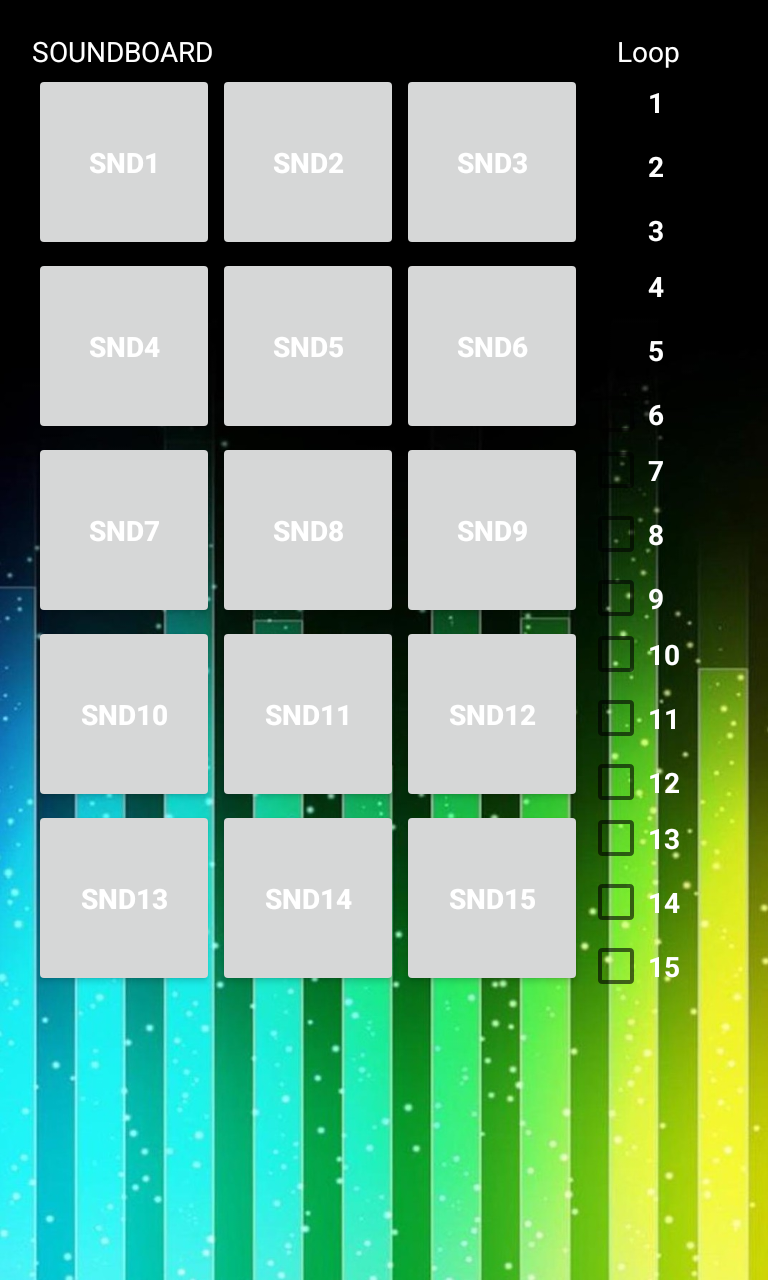
Repository: SoundBoardJAMJ/Project
Layout: workspace/SoundBoard/res/layout/defboard.xml
These files come from the project's save history. The layout is drawn as it stood at one moment and after the next save; the edit follows.
It is drawn on a 768 x 1280 px phone screen (xhdpi) without system bars, with theme AppTheme; the app's code is not run.

Above is the layout before, as saved 2014-05-02 06:56:17.

After the next save:
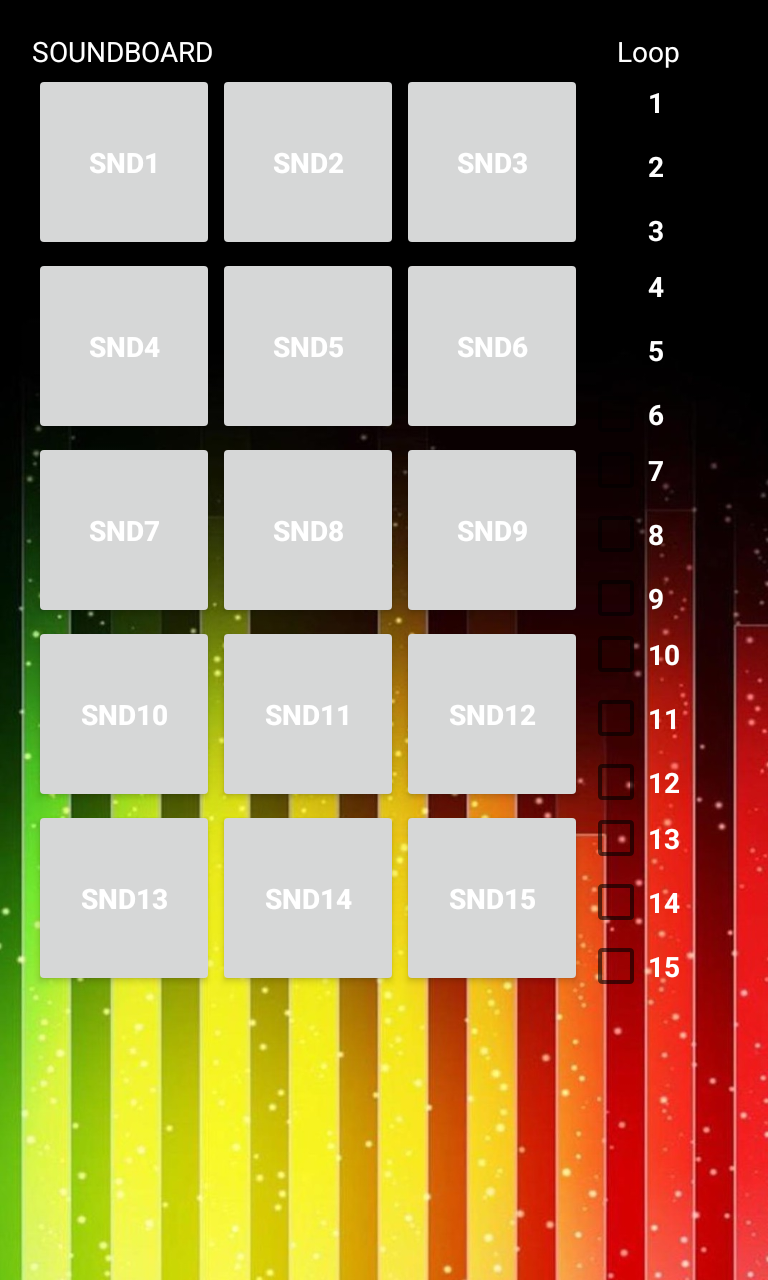
Saved 49 s later.
--- a/workspace/SoundBoard/res/layout/defboard.xml
+++ b/workspace/SoundBoard/res/layout/defboard.xml
@@ -1,7 +1,7 @@
 <ScrollView xmlns:android="http://schemas.android.com/apk/res/android"
 xmlns:tools="http://schemas.android.com/tools"
 android:layout_width="match_parent"
-android:background="@drawable/image3"
+android:background="@drawable/image2"
 android:layout_height="match_parent" >
 
 <RelativeLayout
